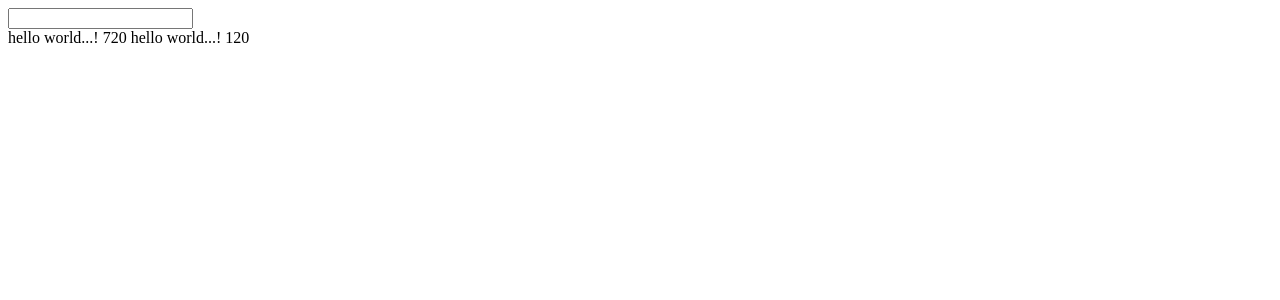
Repository: amankeshwani21/Assignments_java
Page: http://localhost/Day13/
An editor plug-in stored every save of this project. The page is shown before and after the next save, followed by the edit.
The browser window is 1280 px wide. The pictures show the whole page.
The page is served by Tomcat 9.

Above is the page before, as saved 2021-01-28 06:27:33.

After the next save:
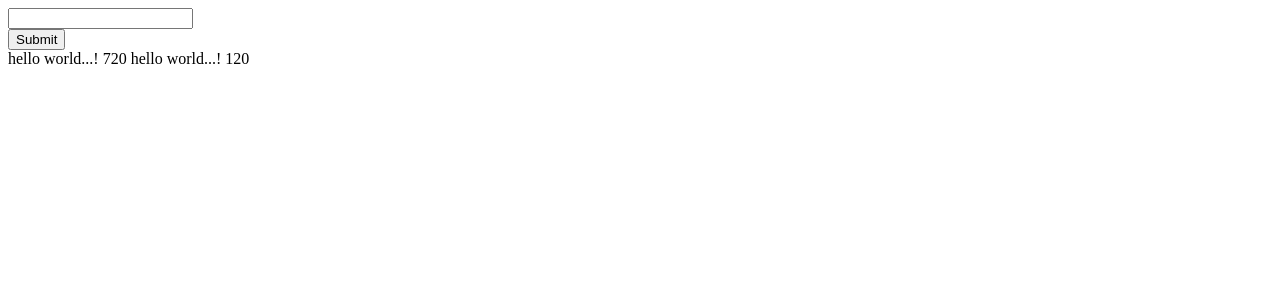
Saved 14 s later.
--- a/Day13/WebContent/index.jsp
+++ b/Day13/WebContent/index.jsp
@@ -10,6 +10,7 @@
 <body>
 
 <input type="number" name="data"><br>
+<input type="submit" name="data"><br>
 
 
   <my:hello number="6"></my:hello>
